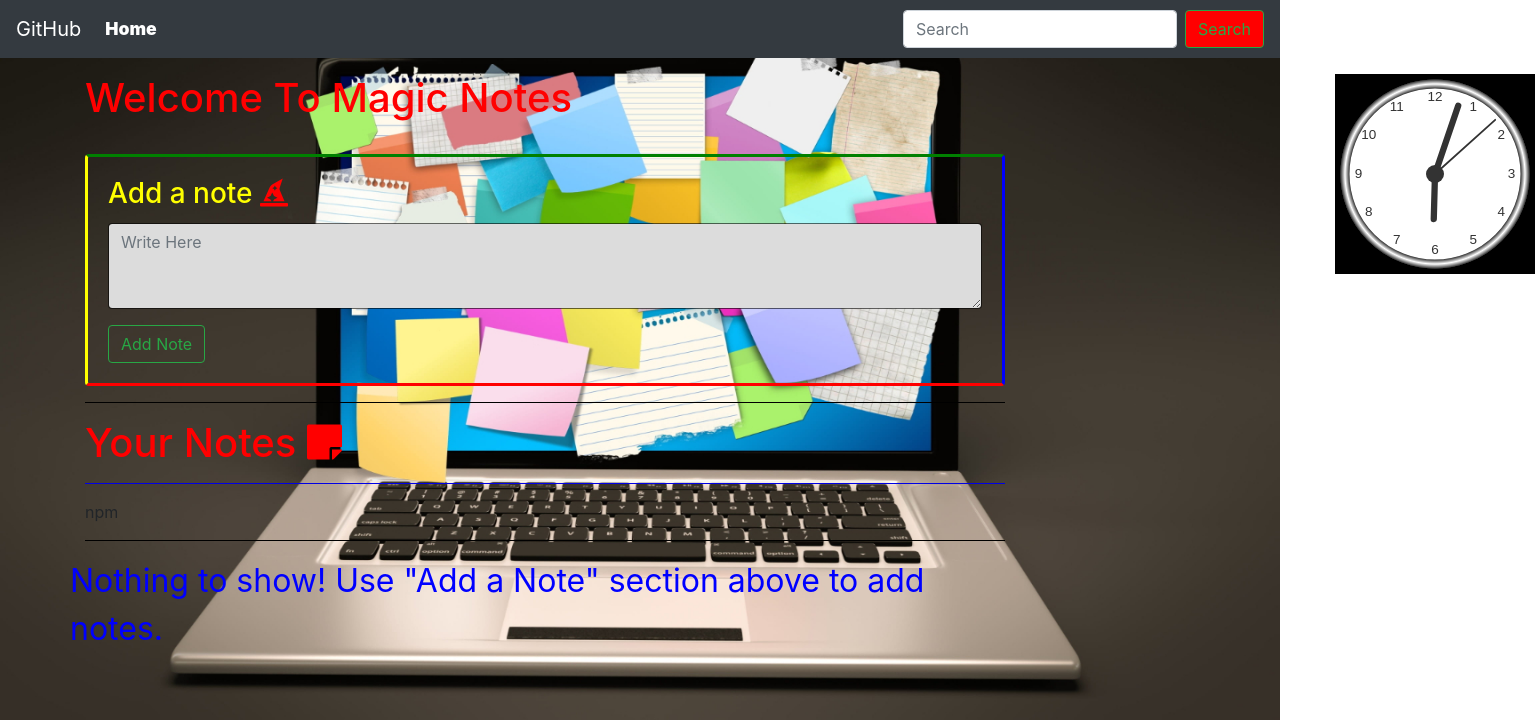
Repository: Prrajainn/Project-MagiCNotes
Page: magicNotes.html
The author's editor kept a copy of each file at every save. The page is drawn from the files as they stood at one save, then again after the next save.
The browser window is 1280 px wide. The page is 1535 px wide, so the pictures cover 1535 px, including what lies to the right of the window. The pictures show the whole page.

Above is the page before, as saved 2020-08-11 21:16:25.

### magicNotes.html
<!doctype html>
<html lang="en">

<head>

  <!-- Required meta tags -->
  <meta charset="utf-8">
  <meta name="viewport" content="width=device-width, initial-scale=1, shrink-to-fit=no">

  <!-- Bootstrap CSS -->
  <link rel="stylesheet" href="bootstrap/css/bootstrap.min.css">
  <link rel="stylesheet" href="fontawesome-free-5.13.0-web/css/all.css">
  <link rel="stylesheet" href="CSS/style.css">

  <title> MagiCNotes </title>
  <style>

    body {
      background-image: url("notes2.jpg");

      background-repeat: no-repeat;
      background-size: cover;

    }
  </style>
</head>

<body>

  <nav class="sticky-top navbar navbar-expand-lg navbar-dark bg-dark">
    <a class="navbar-brand" href="https://github.com/Prrajainn">GitHub</a>
    <button class="navbar-toggler" type="button" data-toggle="collapse" data-target="#navbarSupportedContent"
      aria-controls="navbarSupportedContent" aria-expanded="false" aria-label="Toggle navigation">
      <span class="navbar-toggler-icon"></span>
    </button>

    <div class="collapse navbar-collapse" id="navbarSupportedContent">
      <ul class="navbar-nav mr-auto">
        <li class="nav-item active">
          <a class="nav-link" href="magicNotes.html">Home <span class="sr-only">(current)</span></a>
        </li>

      </ul>
      <form class="form-inline my-2 my-lg-0">
        <input class="form-control mr-sm-2" id="searchTxt" type="search" placeholder="Search" aria-label="Search">
        <button style="background-color: red;" class="btn btn-outline-success my-2 my-sm-0"
          type="submit">Search</button>
      </form>
    </div>
  </nav>
  <div class="container my-3">
    <div class="row">
      <div class="col-10">
        <h1 style="color: red">Welcome To Magic Notes</h1>
        <br>
        <div style="border: solid ; background-color: transparent ; border-color:green blue red yellow " class="card">
          <div class="card-body">
            <h3 style="color:yellow;" class="card-title">Add a note <i style="color: red ;"
                class="fas fa-hat-wizard"></i></h3>
            <div class="form-group">

              <textarea placeholder="Write Here"
                style=" border-color: rgba(0, 0, 0, 0.589); background-color: gainsboro; " class="form-control"
                id="addTxt" rows="3"></textarea>
            </div>
            <button class="btn btn-outline-success" id="addBtn">Add Note </button>
          </div>
        </div>
        <hr color="black">
        <h1 style="color: red;">Your Notes <i style="color: red;" class="fas fa-sticky-note"></i></h1>
        <hr color="blue">npm
        <hr color="black">
        <div id="notes" class="row container-fluid"></div>
      </div>
      <div class="col-2">
        <canvas id="canvas" width="200" height="200" style="background-color: black; margin-left: 300px;"
    >
      </div>
    </div>
  </div>

    <div class="container" style="position: relative;">
      <div class="row">
        <div class="col-7">
        </div>

      </div>
    </div>




    <script src="bootstrap/js/jquery-3.4.1.slim.min.js"></script>
    <script src="bootstrap/js/popper.min.js"></script>
    <script src="bootstrap/js/bootstrap.min.js"></script>
    <script src="app.js"></script>
    <script src="clock.js"></script>
</body>

</html>

### CSS/style.css
#topheader{
    background-color : blue;
    border-bottom: px solid black;
}
#nocolo{
    color: black;
}
.container-fluid{
    padding-left: 0%;
    padding-right: 0%;
}
nav ul li a{

    font-size: 1.1rem;
    font-weight: 1000 ;
}
/*START OF FOOTER*/
.full-footer{
    background-color:#1e3799;
    width: 100%;
}
.top-footer p{
    color: white;
}
.top-footer a{
 font-weight: 600;
    color: whitesmoke;
}
.top-footer h3{
    color: white;
}
.bottom-footer{
    background-color:teal;
}
.bottom-footer p{
    color: white;
}
/* End of footer*/
.myimage{
    width: 50%;
}
.top-hero{
    background-color: salmon;
}
.sea{
  animation-fill-mode: both;
}

### app.js

console.log("Welcome to notes app. This is app.js");
// Pehle hi show notes islie kiya taaki hamesha pehle dikhaye refresh hone ke baad bhi page
showNotes();

// If user adds a note, add it to the localStorage
let addBtn = document.getElementById("addBtn");
addBtn.addEventListener("click", function(e) {

  let addTxt = document.getElementById("addTxt");
  let notes = localStorage.getItem("notes");
  if (notes == null) {
    notesObj = [];
  } else {
    notesObj = JSON.parse(notes);
  }
  notesObj.push(addTxt.value);
  localStorage.setItem("notes", JSON.stringify(notesObj));
  addTxt.value = "";
//   console.log(notesObj);
  showNotes();
});

// Function to show elements from localStorage
function showNotes() {
  let notes = localStorage.getItem("notes");
  if (notes == null) {
    notesObj = [];
  } else {
    notesObj = JSON.parse(notes);
  }
  let html = "";
  notesObj.forEach(function(element, index) { // element maane andar ka content
    html += `
            <div class="noteCard my-2 mx-2 card" style="width: 18rem;">
                    <div class="card-body">
                        <h5 class="card-title">Note ${index + 1}</h5>
                        <p class="card-text"> ${element}</p>
                        <button id="${index}"onclick="deleteNote(this.id)" class="btn btn-primary">Delete Note</button>
                    </div>
                </div>`;
  });
  let notesElm = document.getElementById("notes");
  if (notesObj.length != 0) {
    notesElm.innerHTML = html;
  } else {//notesElm.setAttribute('style','color: blue' );
  notesElm.setAttribute('style','font-size: 200% ; color: blue' );
    notesElm.innerHTML = `  Nothing to show! Use "Add a Note" section above to add notes.`;
  }
}

// Function to delete a note
function deleteNote(index) {
//   console.log("I am deleting", index);

  let notes = localStorage.getItem("notes");
  if (notes == null) {
    notesObj = [];
  } else {
    notesObj = JSON.parse(notes);
  }

  notesObj.splice(index, 1);
  localStorage.setItem("notes", JSON.stringify(notesObj)); // update kar rhe hein
  showNotes();// firse show kar rhe hein
}


let search = document.getElementById('searchTxt');
search.addEventListener("input", function(){

    let inputVal = search.value.toLowerCase();
    // console.log('Input event fired!', inputVal);
    let noteCards = document.getElementsByClassName('noteCard');
    Array.from(noteCards).forEach(function(element){
        let cardTxt = element.getElementsByTagName("p")[0].innerText;
        if(cardTxt.includes(inputVal)){
            element.style.display = "block";
        }
        else{
            element.style.display = "none";
        }
        // console.log(cardTxt);
    })
})

/*
Further Features:
1. Add Title
2. Mark a note as Important
3. Separate notes by user
4. Sync and host to web server
*/

### clock.js
var canvas = document.getElementById("canvas");
var ctx = canvas.getContext("2d");
var radius = canvas.height / 2;
ctx.translate(radius, radius);
radius = radius * 0.90
setInterval(drawClock, 1000);

function drawClock() {
  drawFace(ctx, radius);
  drawNumbers(ctx, radius);
  drawTime(ctx, radius);
}

function drawFace(ctx, radius) {
  var grad;
  ctx.beginPath();
  ctx.arc(0, 0, radius, 0, 2*Math.PI);
  ctx.fillStyle = 'white';
  ctx.fill();
  grad = ctx.createRadialGradient(0,0,radius*0.95, 0,0,radius*1.05);
  grad.addColorStop(0, '#333');
  grad.addColorStop(0.5, 'white');
  grad.addColorStop(1, '#333');
  ctx.strokeStyle = grad;
  ctx.lineWidth = radius*0.1;
  ctx.stroke();
  ctx.beginPath();
  ctx.arc(0, 0, radius*0.1, 0, 2*Math.PI);
  ctx.fillStyle = '#333';
  ctx.fill();
}

function drawNumbers(ctx, radius) {
  var ang;
  var num;
  ctx.font = radius*0.15 + "px arial";
  ctx.textBaseline="middle";
  ctx.textAlign="center";
  for(num = 1; num < 13; num++){
    ang = num * Math.PI / 6;
    ctx.rotate(ang);
    ctx.translate(0, -radius*0.85);
    ctx.rotate(-ang);
    ctx.fillText(num.toString(), 0, 0);
    ctx.rotate(ang);
    ctx.translate(0, radius*0.85);
    ctx.rotate(-ang);
  }
}

function drawTime(ctx, radius){
    var now = new Date();
    var hour = now.getHours();
    var minute = now.getMinutes();
    var second = now.getSeconds();
    //hour
    hour=hour%12;
    hour=(hour*Math.PI/6)+
    (minute*Math.PI/(6*60))+
    (second*Math.PI/(360*60));
    drawHand(ctx, hour, radius*0.5, radius*0.07);
    //minute
    minute=(minute*Math.PI/30)+(second*Math.PI/(30*60));
    drawHand(ctx, minute, radius*0.8, radius*0.07);
    // second
    second=(second*Math.PI/30);
    drawHand(ctx, second, radius*0.9, radius*0.02);
}

function drawHand(ctx, pos, length, width) {
    ctx.beginPath();
    ctx.lineWidth = width;
    ctx.lineCap = "round";
    ctx.moveTo(0,0);
    ctx.rotate(pos);
    ctx.lineTo(0, -length);
    ctx.stroke();
    ctx.rotate(-pos);
}

Loaded but not shown: bootstrap/css/bootstrap.min.css (library); fontawesome-free-5.13.0-web/css/all.css (library); bootstrap/js/jquery-3.4.1.slim.min.js (library); bootstrap/js/popper.min.js (library); bootstrap/js/bootstrap.min.js (library)

After the next save:
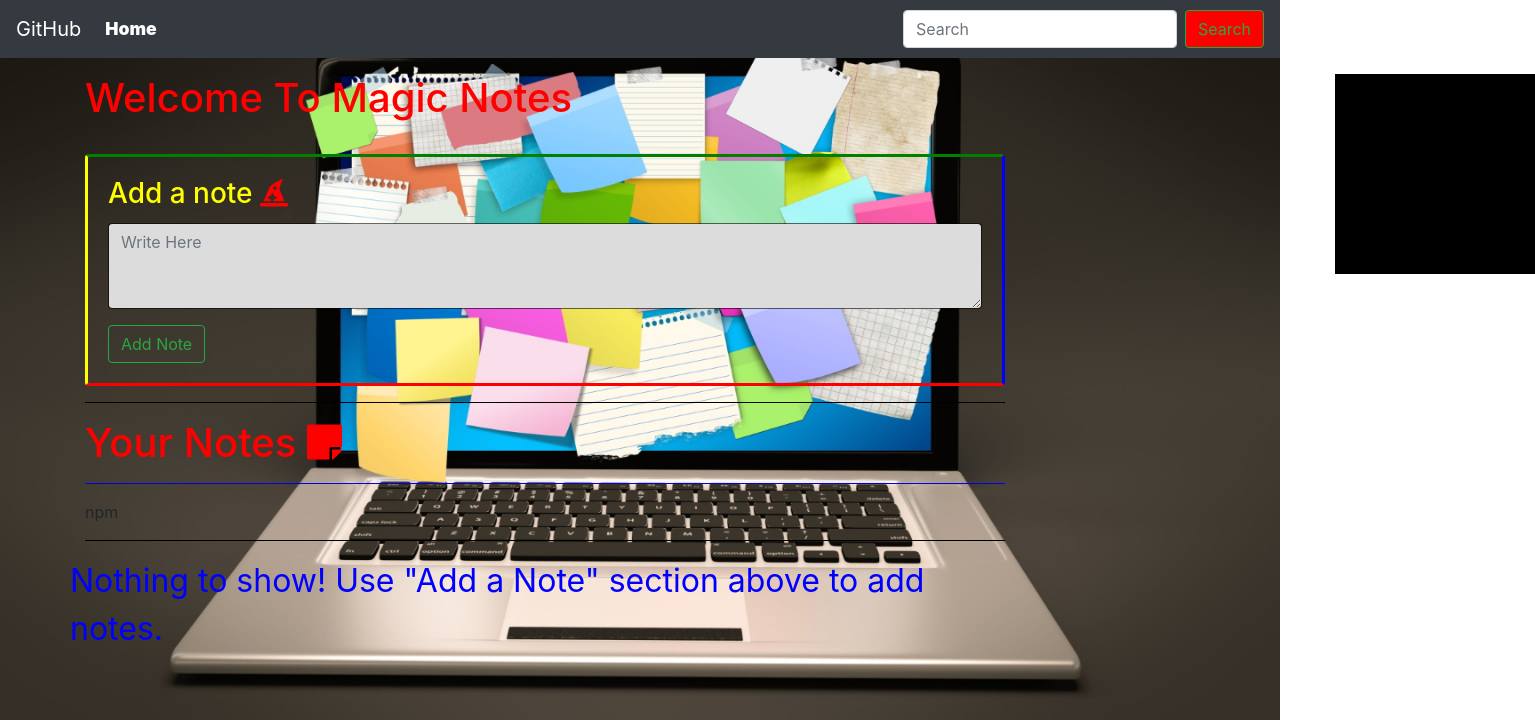
Saved 34 s later.
--- a/magicNotes.html
+++ b/magicNotes.html
@@ -94,7 +94,7 @@
     <script src="bootstrap/js/popper.min.js"></script>
     <script src="bootstrap/js/bootstrap.min.js"></script>
     <script src="app.js"></script>
-    <script src="clock.js"></script>
+
 </body>
 
 </html>
